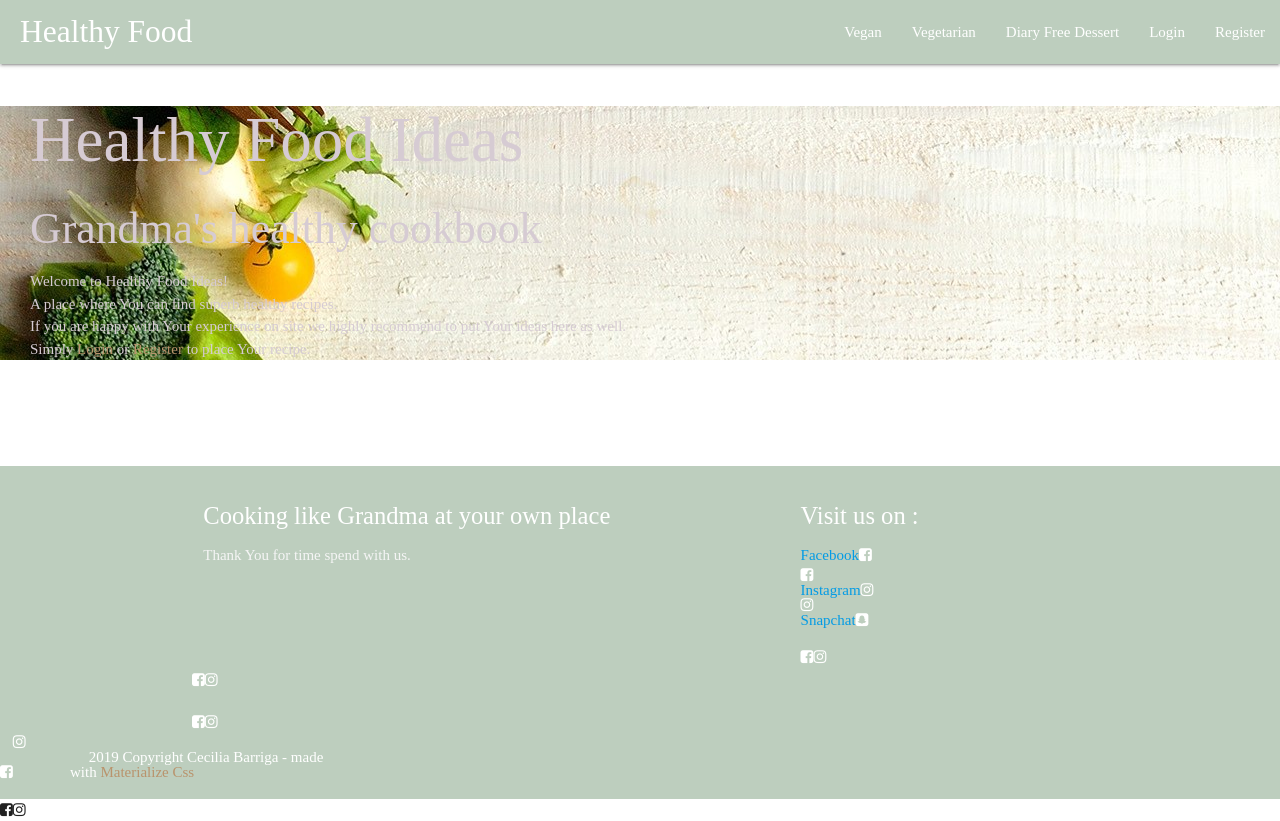
Repository: cesole/cookbook
Page: http://localhost/
The author's editor kept a record of every edit. The page is drawn from the files as they stood at one moment, then again after the next edit.
The browser window is 1280 px wide. The pictures show the whole page.
Some web fonts or font styles are not loaded; a fallback is used. The page is served by the project's application, run on Flask 3 (app.py).

Above is the page before.
Console error: TypeError: Cannot read properties of undefined (reading 'offsetHeight')

### templates/index.html
{% extends 'base.html'%}
{% block content %}
<div class="parallax">
    <div class="index-container">
        <h1>Healthy Food Ideas</h1>
        <h3>Grandma's healthy cookbook</h3>
       <p class="index">Welcome to Healthy Food Ideas!<br>A place where You can find superb healthy recipes.<br>
                                                    If you are happy with Your experience on site we highly recommend to put Your ideas here as well.<br>
                                                    Simply <a class="orange-text text-lighten-3" href="{{url_for('login')}}">Login</a> or <a class="orange-text text-lighten-3" href="{{url_for('register')}}">Register</a> to place Your recipe.</p>
    </div>
</div>
{% endblock %}

### templates/base.html
<!DOCTYPE html>
<html lang="en">
<head>
    <meta charset="UTF-8">
    <meta name="viewport" content="width=device-width, initial-scale=1.0">

    <link href="https://fonts.googleapis.com/icon?family=Material+Icons" rel="stylesheet">
    <!-- Compiled and minified CSS -->
    <link rel="stylesheet" href="{{ url_for('static', filename='css/materialize.min.css') }}" type="text/css" />
    <link href="https://stackpath.bootstrapcdn.com/font-awesome/4.7.0/css/font-awesome.min.css" rel="stylesheet" integrity="sha384-wvfXpqpZZVQGK6TAh5PVlGOfQNHSoD2xbE+QkPxCAFlNEevoEH3Sl0sibVcOQVnN" crossorigin="anonymous">
    <link href="https://fonts.googleapis.com/css?family=Beth+Ellen&display=swap" rel="stylesheet">
    <link rel="stylesheet" href="{{ url_for('static', filename='css/style.css') }}" type="text/css" />


    <title>Cookbook</title>
</head>

<body class="container-fluid">
    <nav>
        <div class="nav-wrapper">
            <a href="{{url_for('index')}}" class="brand-logo">Healthy Food</a>
            <a href="#" data-target="mobile-demo" class="sidenav-trigger"><i class="material-icons">menu</i></a>
            <ul class="right hide-on-med-and-down">
                {% if session.username %}
                <li>Hello, {{ session.username }}!</li>
                {% endif %}
                <li><a href="{{url_for('vegan')}}">Vegan</a></li>
                <li><a href="{{url_for('vegetarian')}}">Vegetarian</a></li>
                <li><a href="{{url_for('dessert')}}">Diary Free Dessert</a></li>
                {% if not session.username %}
                <li><a href="{{url_for('login')}}">Login</a></li>
                <li><a href="{{url_for('register')}}">Register</a></li>
                {% else %}
                <li><a href="{{url_for('get_my_recipes')}}">My Recipes</a></li>
                <li><a href="{{url_for('logout')}}">Logout</a></li>
                {% endif %}
            </ul>
        </div>
        <ul class="sidenav" id="mobile-demo">
            {% if session.username %}
            <li>Hello, {{ session.username }}!</li>
            {% endif %}
            <li><a href="{{url_for('vegan')}}">Vegan</a></li>
            <li><a href="{{url_for('vegetarian')}}">Vegetarian</a></li>
            <li><a href="{{url_for('dessert')}}">Diary Free Dessert</a></li>
            {% if not session.username %}
            <li><a href="{{url_for('login')}}">Login</a></li>
            <li><a href="{{url_for('register')}}">Register</a></li>
            {% else %}
            <li><a href="{{url_for('get_my_recipes')}}">My Recipes</a></li>
            <li><a href="{{url_for('logout')}}">Logout</a></li>
            {% endif %}
        </ul>
    </nav>

    <div class="container-fluid">
        <main>{% block content %}{% endblock %}</main>
    </div>

    <footer class="page-footer">
        <div class="container">
            <div class="row">
                <div class="col l6 s12">
                    <h5 class="white-text">Cooking like Grandma at your own place</h5>
                    <p class="grey-text text-lighten-4">Thank You for time spend with us.</p>
                </div>
                <div class="col l4 offset-l2 s12">
                    <h5 class="white-text">Visit us on :</h5>
                    <ul>
                      <li><a class="social-media" href="https://www.facebook.com/" target=_blank>Facebook</a><i class="fa fa-facebook-square"></li>
                      <li><a class="social-media" href="https://www.instagram.com/" target=_blank>Instagram</a><i class="fa fa-instagram"></li>
                      <li><a class="social-media" href="https://www.snapchat.com/" target=_blank>Snapchat</a><i class="fa fa-snapchat-square"></i></li>
                    </ul>
                </div>
            </div>
        </div>
        <div class="copyright">
            <div class="container">
                <div class="row">
            © 2019 Copyright Cecilia Barriga - made with <a class="orange-text text-lighten-3" href="https://materializecss.com/" target=_blank>Materialize Css</a>
            </div>
            </div>
        </div>
    </footer>


    <script src="https://code.jquery.com/jquery-3.3.1.slim.min.js" integrity="sha384-q8i/X+965DzO0rT7abK41JStQIAqVgRVzpbzo5smXKp4YfRvH+8abtTE1Pi6jizo" crossorigin="anonymous"></script>
    <!-- Compiled and minified JavaScript -->
    <script src="https://cdnjs.cloudflare.com/ajax/libs/materialize/1.0.0/js/materialize.min.js"></script>

    <script>
        $(document).ready(function(){
            $('.sidenav').sidenav();
            $('.parallax').parallax();
            $('.carousel').carousel();
            $('.slider').slider();
            $('select').formSelect();
          });
    </script>

</body>
</html>

### app.py
import os
from flask import Flask, render_template, flash, redirect, request, url_for, session, make_response, current_app
from flask_pymongo import PyMongo
import pymongo
from pymongo import MongoClient
from bson.objectid import ObjectId
import json
from datetime import datetime
from functools import update_wrapper


app = Flask(__name__)
app.config["MONGO_DBNAME"] = 'cook_book'
app.config["MONGO_URI"] = os.getenv('MONGO_URI', 'mongodb://localhost')
app.config['SECRET_KEY'] = "cooking_book"


mongo = PyMongo(app)




@app.route('/')
@app.route('/index')
def index():
    return render_template('index.html')

@app.route('/vegan')
def vegan():
    return render_template('vegan.html',
                            meals=mongo.db.meals.find())

@app.route('/vegetarian')
def vegetarian():
    return render_template('vegetarian.html',
                            meals=mongo.db.meals.find())

@app.route('/dessert')
def dessert():
    return render_template('dessert.html',
                            meals=mongo.db.meals.find())

@app.route('/login', methods=["POST", "GET"])
def login():
    users = mongo.db.users
    login_user = users.find_one({"username" : request.form.get("username", False)})
    if login_user:
        if (request.form['pass']) == login_user['password']:
            session['username'] = request.form['username']
            return redirect(url_for('index'))
        flash('Invalid username/password combination')

    return render_template('login.html')




@app.route('/register', methods=["POST", "GET"])
def register():
    if request.method == "POST":
        users = mongo.db.users
        existing_user = users.find_one({"username" : request.form['username']})
        if existing_user is None:
            users.insert({'username' : request.form['username'],
                            'password' : request.form['pass']
            })
            session['username'] = request.form['username']
            return redirect(url_for('index'))
        flash("Username already exist! Try again!")
    return render_template('register.html')


@app.route('/get_my_recipes', methods=['GET', 'POST'])
def get_my_recipes():
    if not 'username' in session:
        return redirect('/login')
    else:
        meals = mongo.db.meals.find()
        return render_template('user_recipes.html',
                           user=session['username'],
                        meals=meals)

@app.route('/add_recipe')
def add_recipe():
    return render_template('add_recipe.html',
                            categories=mongo.db.categories.find(),
                            meals=mongo.db.meals.find())


@app.route('/insert_recipe', methods=['POST'])
def insert_recipe():
    meals =  mongo.db.meals
    meals.insert_one(request.form.to_dict())
    return render_template('user_recipes.html',
    categories=mongo.db.categories.find(),
                            meals=mongo.db.meals.find())


@app.route('/delete_recipe/<meal_id>')
def delete_recipe(meal_id):
    mongo.db.meals.remove({'_id': ObjectId(meal_id)})
    return redirect(url_for('get_my_recipes'))


@app.route('/edit_recipe/<meal_id>')
def edit_recipe(meal_id):
    the_meal =  mongo.db.meal.find_one({"_id": ObjectId(meal_id)})
    all_categories =  mongo.db.categories.find()
    return render_template('edit_recipe.html', meal=the_meal,
                           categories=all_categories)


@app.route('/update_recipe/<meal_id>', methods=["POST"])
def update_recipe(meal_id):
    meals = mongo.db.meals
    meals.update( {'_id': ObjectId(meal_id)},
    {
        'dish_name':request.form.get('dish_name'),
        'category_name':request.form.get('category_name'),
        'dish_description': request.form.get('dish_description'),
        'ingredient_one': request.form.get('ingredient_one'),
        'ingredient_two': request.form.get('ingredient_two'),
        'ingredient_three': request.form.get('ingredient_three'),
        'ingredient_four': request.form.get('ingredient_four'),
        'ingredient_five': request.form.get('ingredient_five'),
        'ingredient_six': request.form.get('ingredient_six'),
        'step_one': request.form.get('step_one'),
        'step_two': request.form.get('step_two'),
        'step_three': request.form.get('step_three'),
        'step_four': request.form.get('step_four'),
        'step_five': request.form.get('step_five'),
        'step_six': request.form.get('step_six'),
        'image': request.form.get('image'),
        'cook_time': request.form.get('cook_time'),
        'prep_time': request.form.get('prep_time'),
        'author': request.form.get('author')
    })
    return redirect(url_for('get_my_recipes'))



@app.route('/logout')
def logout():
    session.clear()
    return redirect(url_for('index'))

@app.route('/recipe/<meal_id>', methods=['GET', 'POST'])
def recipe(meal_id):
    the_meal =  mongo.db.meals.find_one({"_id": ObjectId(meal_id)})
    return render_template('recipe.html', meal=the_meal)


if __name__ == '__main__':
    app.run(host=os.environ.get('IP'),
            port=int(os.environ.get('PORT')),
            debug=True)

### static/css/style.css
.parallax {
    background-image: url('static/images/background.jpg');
}

nav .nav-wrapper {
    position: relative;
    height: 100%;
    background-color: #bdcebe !important;
    color: white;
}

.index-container {
    margin-left: 30px;
    color: #d6cbd3;
}

.brand-logo {
    font-family: 'Indie Flower', cursive;
    margin-left: 20px;
}

html {
    font-family: 'Indie Flower', cursive;
}

.description {
    font-size: 1.5rem;
}

main {
    min-height: 50vh;
}

form {
    margin-top: 50px;
}

.meals {
    padding-top: 50px;
}

span.card-title {
    background-color: #d68d057a;
    width: 100%;
    padding: 10px !important;
}

.card-content {
    height: 100px;
}

/* Caption styles */

.caption {
    background-color: rgba(0, 0, 0, 0.1);
}

/* parallax styles */
.grey-text.text-darken-3 {
    color: white !important;
    text-align: center;
}

.white {
    background-color: #bdcebe !important;
    color: white;
    text-align: center;
}

/* end of style */

/* carousel style */

.carousel {
    height: 250px;
}

/* end of styles */

.input-field label {
    color: black;
}

.input-field input[type=text],
.input-field input[type=password],
.input-field input[type=email]{
    border-bottom: 1px solid black;
    box-shadow: 0 1px 0 0 black;
}

.switch label {
    color: black;
}

textarea.materialize-textarea {
    border-bottom: 1px solid black;
    box-shadow: 0 1px 0 0 black;
}

label.active {
    color: #000000 !important;
    font-size: 18px !important;
}


.page-footer {
    padding-top: 20px;
    color: #fff;
    background-color: #bdcebe !important;
}

img.responsive-img {
    max-width: 70%;
    height: auto;
}


.title-image {
    background-image: url('static/images/background.jpg');
}

.flashes {
    text-align: center;
    font-size: 2rem;
}


.orange-text.text-lighten-3 {
    color: #b9936c !important;
}




/* MEDIA STYLE */

@media (max-width: 768px) {
    nav .brand-logo {
        font-size: 1rem;
    }
}

Loaded but not shown: static/css/materialize.min.css (library)

After the next edit:
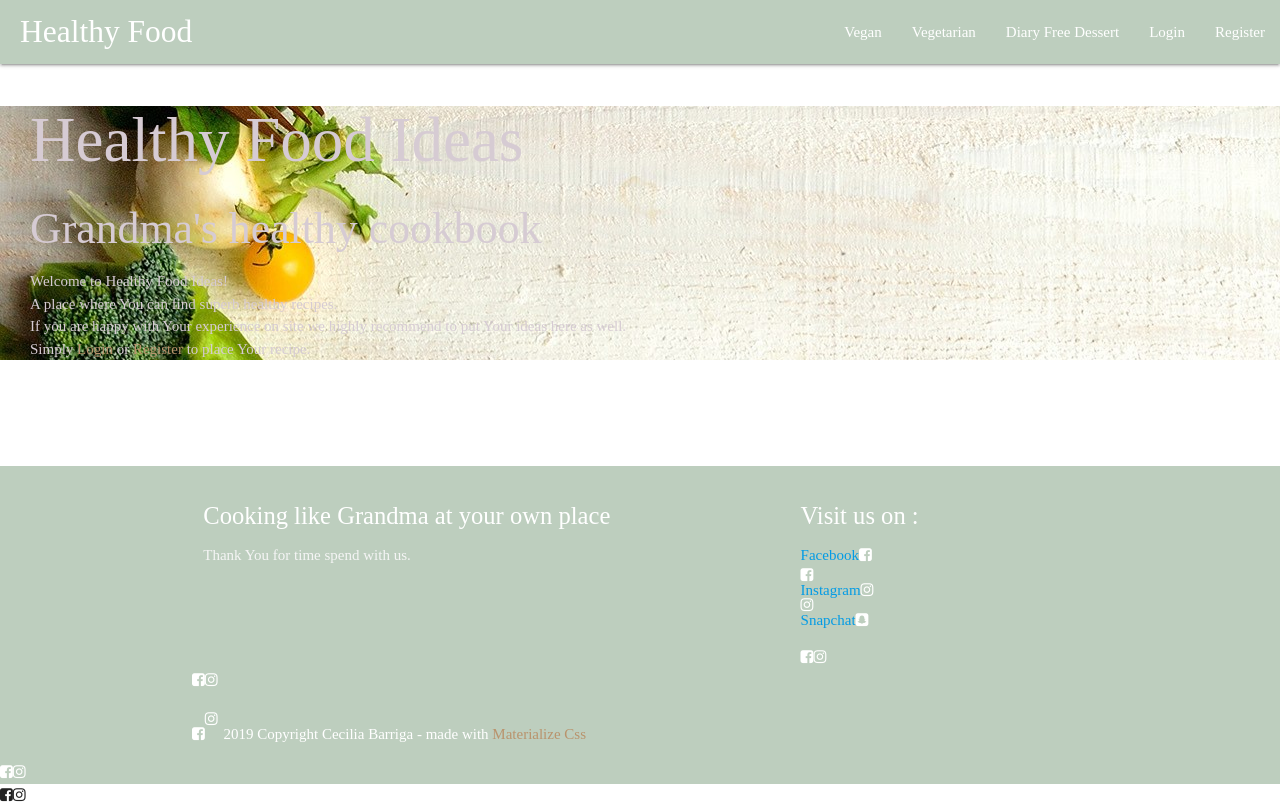
The edit:
--- a/templates/base.html
+++ b/templates/base.html
@@ -73,9 +73,7 @@
                     </ul>
                 </div>
             </div>
-        </div>
-        <div class="copyright">
-            <div class="container">
+            <div class="copyright">
                 <div class="row">
             © 2019 Copyright Cecilia Barriga - made with <a class="orange-text text-lighten-3" href="https://materializecss.com/" target=_blank>Materialize Css</a>
             </div>
